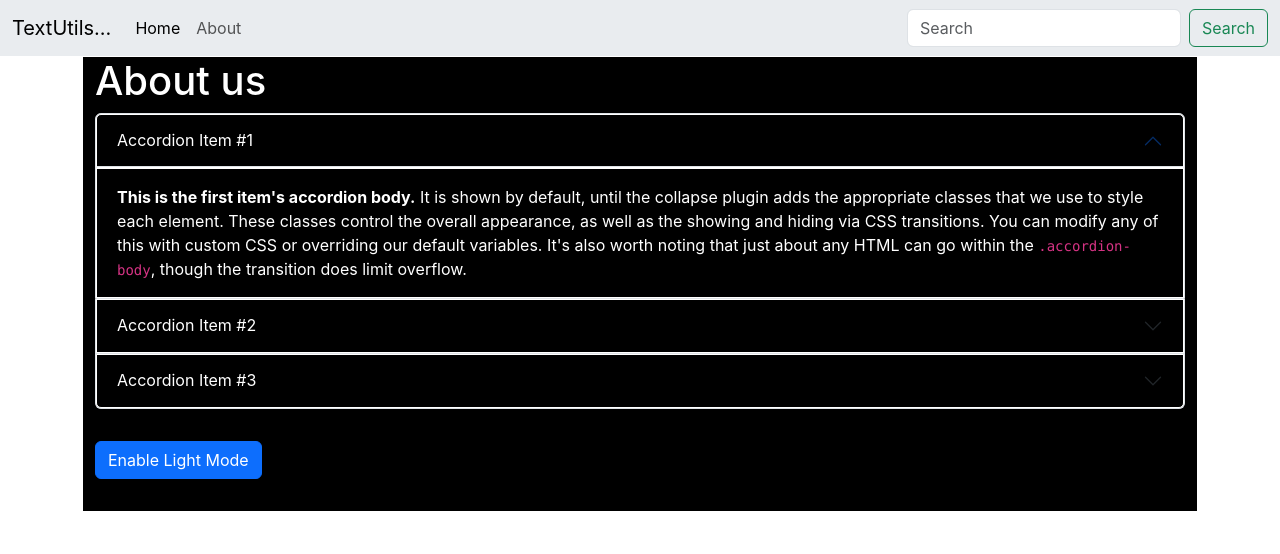
Repository: SujanNagaju/react-demo
Page: /
An editor plug-in stored every save of this project. The page is shown before and after a run of saves, followed by the edit.
The browser window is 1280 px wide. The pictures show the whole page.
The project was rebuilt for these pictures with package versions that can differ from the ones it lists, and the page was loaded fresh each time. Also part of the build but not shown: src/App.css.

Above is the page before, as saved 2024-12-29 15:32:18.

### public/index.html
<!DOCTYPE html>
<html lang="en">
  <head>
    <meta charset="utf-8" />
    <link rel="icon" href="%PUBLIC_URL%/favicon.ico" />
    <meta name="viewport" content="width=device-width, initial-scale=1" />
    <meta name="theme-color" content="#000000" />
    <meta
      name="description"
      content="Web site created using create-react-app"
    />
    <link rel="apple-touch-icon" href="%PUBLIC_URL%/logo192.png" />
    <!--
      manifest.json provides metadata used when your web app is installed on a
      user's mobile device or desktop. See https://developers.google.com/web/fundamentals/web-app-manifest/
    -->
    <link rel="manifest" href="%PUBLIC_URL%/manifest.json" />
    <!--
      Notice the use of %PUBLIC_URL% in the tags above.
      It will be replaced with the URL of the `public` folder during the build.
      Only files inside the `public` folder can be referenced from the HTML.

      Unlike "/favicon.ico" or "favicon.ico", "%PUBLIC_URL%/favicon.ico" will
      work correctly both with client-side routing and a non-root public URL.
      Learn how to configure a non-root public URL by running `npm run build`.
    -->
    <link href="https://cdn.jsdelivr.net/npm/bootstrap@5.3.3/dist/css/bootstrap.min.css" rel="stylesheet" integrity="sha384-QWTKZyjpPEjISv5WaRU9OFeRpok6YctnYmDr5pNlyT2bRjXh0JMhjY6hW+ALEwIH" crossorigin="anonymous">
    <title>React App</title>
  </head>
  <body>
    <noscript>You need to enable JavaScript to run this app.</noscript>
    <div id="root"></div>
    <!--
      This HTML file is a template.
      If you open it directly in the browser, you will see an empty page.

      You can add webfonts, meta tags, or analytics to this file.
      The build step will place the bundled scripts into the <body> tag.

      To begin the development, run `npm start` or `yarn start`.
      To create a production bundle, use `npm run build` or `yarn build`.
    -->
    <script src="https://cdn.jsdelivr.net/npm/bootstrap@5.3.3/dist/js/bootstrap.bundle.min.js" integrity="sha384-YvpcrYf0tY3lHB60NNkmXc5s9fDVZLESaAA55NDzOxhy9GkcIdslK1eN7N6jIeHz" crossorigin="anonymous"></script>

  </body>
</html>

### src/App.js
// logo from './logo.svg';
import './App.css';
import About from './components/About';
import Navbar from './components/Navbar';
import TextForm from './components/TextForm';
function App() {
  return (
    <>

      {/* <Navbar title="TextUtils..." aboutText="About"/> */}
      <Navbar title="TextUtils..."/>
      <div className="container">
        {/* <TextForm heading="Enter your text to analyze"/> */}
        <About title="About us"/>
      </div>
    </>
  );
}

export default App;

### src/components/About.js
import React, {useState} from 'react'

export default function About(props) {

    const [myStyle, setMyStyle] = useState({
        color: 'white',
        backgroundColor: 'black',
        border: '1px solid white',
    });

    const [btnText, setBtnTxt] = useState("Enable Light Mode");

    const toggleStyle = () =>{
        if(myStyle.color === 'white') {
            setMyStyle({
                color: 'black',
                backgroundColor: 'white'
            })
            setBtnTxt("Enable Dark Mode");
        } else {
            setMyStyle({
                color: 'white',
                backgroundColor: 'black',
                border: '1px solid white',
            })
            setBtnTxt("Enable Light Mode");
        }
    }

    return (
        <div className="container" style={myStyle}>
            <h1>{props.title}</h1>
            <div className="accordion" id="accordionExample">
                <div className="accordion-item">
                    <h2 className="accordion-header">
                    <button className="accordion-button" style={myStyle} type="button" data-bs-toggle="collapse" data-bs-target="#collapseOne" aria-expanded="true" aria-controls="collapseOne">
                        Accordion Item #1
                    </button>
                    </h2>
                    <div id="collapseOne" className="accordion-collapse collapse show" data-bs-parent="#accordionExample">
                    <div className="accordion-body" style={myStyle}>
                        <strong>This is the first item's accordion body.</strong> It is shown by default, until the collapse plugin adds the appropriate classes that we use to style each element. These classes control the overall appearance, as well as the showing and hiding via CSS transitions. You can modify any of this with custom CSS or overriding our default variables. It's also worth noting that just about any HTML can go within the <code>.accordion-body</code>, though the transition does limit overflow.
                    </div>
                    </div>
                </div>
                <div className="accordion-item">
                    <h2 className="accordion-header">
                    <button className="accordion-button collapsed" style={myStyle} type="button" data-bs-toggle="collapse" data-bs-target="#collapseTwo" aria-expanded="false" aria-controls="collapseTwo">
                        Accordion Item #2
                    </button>
                    </h2>
                    <div id="collapseTwo" className="accordion-collapse collapse" data-bs-parent="#accordionExample">
                    <div className="accordion-body" style={myStyle}>
                        <strong>This is the second item's accordion body.</strong> It is hidden by default, until the collapse plugin adds the appropriate classes that we use to style each element. These classes control the overall appearance, as well as the showing and hiding via CSS transitions. You can modify any of this with custom CSS or overriding our default variables. It's also worth noting that just about any HTML can go within the <code>.accordion-body</code>, though the transition does limit overflow.
                    </div>
                    </div>
                </div>
                <div className="accordion-item">
                    <h2 className="accordion-header">
                    <button className="accordion-button collapsed" style={myStyle} type="button" data-bs-toggle="collapse" data-bs-target="#collapseThree" aria-expanded="false" aria-controls="collapseThree">
                        Accordion Item #3
                    </button>
                    </h2>
                    <div id="collapseThree" className="accordion-collapse collapse" data-bs-parent="#accordionExample">
                    <div className="accordion-body" style={myStyle}>
                        <strong>This is the third item's accordion body.</strong> It is hidden by default, until the collapse plugin adds the appropriate classes that we use to style each element. These classes control the overall appearance, as well as the showing and hiding via CSS transitions. You can modify any of this with custom CSS or overriding our default variables. It's also worth noting that just about any HTML can go within the <code>.accordion-body</code>, though the transition does limit overflow.
                    </div>
                    </div>
                </div>
            </div>

            <div className="changeMode my-3">
                <button onClick={toggleStyle} type="button" className="btn btn-primary my-3" >{btnText}</button>
            </div>
        </div>
    )
}

### src/components/Navbar.js
import React from 'react'
import PropTypes from 'prop-types';


export default function Navbar({title="TextUtils", aboutText="About"}) {
  return (
    <nav className="navbar navbar-expand-lg bg-body-secondary">
        <div className="container-fluid">
            <a className="navbar-brand" href="/">{title}</a>
            <button className="navbar-toggler" type="button" data-bs-toggle="collapse" data-bs-target="#navbarSupportedContent" aria-controls="navbarSupportedContent" aria-expanded="false" aria-label="Toggle navigation">
            <span className="navbar-toggler-icon"></span>
            </button>
            <div className="collapse navbar-collapse" id="navbarSupportedContent">
            <ul className="navbar-nav me-auto mb-2 mb-lg-0">
                <li className="nav-item">
                <a className="nav-link active" aria-current="page" href="/">Home</a>
                </li>
                <li className="nav-item">
                <a className="nav-link" href="/">{aboutText}</a>
                </li>

            </ul>
            <form className="d-flex" role="search">
                <input className="form-control me-2" type="search" placeholder="Search" aria-label="Search"/>
                <button className="btn btn-outline-success" type="submit">Search</button>
            </form>
            </div>
        </div>
    </nav>
  )
}


Navbar.propTypes = {
    title: PropTypes.string.isRequired,
    aboutText: PropTypes.string.isRequired
}

### src/components/TextForm.js
import React, {useState} from 'react';

export default function TextForm(props) {
  const handleUpClick = ()=> {
    // console.log( "Uppercase was clicked" );
    let newText = text.toUpperCase();
    setText( newText );
  }

  const handleLowerClick = ()=> {
    // console.log( "Uppercase was clicked" );
    let newText = text.toLowerCase();
    setText( newText );
  }

  const handleUpdateWordsClick = () => {
    // console.log("Uppercase was clicked");
    let newText = text.replace(/chamatkar/gi, "balatkar");
    setText(newText);
  };

  const handleClearClick = () => {
    // console.log("Uppercase was clicked");
    let newText = "";
    setText(newText);
  };

  const handleOnChange = (event)=> {
    // console.log( "handle text change" );
    setText(event.target.value);
  }

  const handleTextToSpeechClick =() =>{
    const Speech = new SpeechSynthesisUtterance();
    const message= document.getElementById("textBox").value;
    Speech.lang='eng';
    Speech.text= message;
    window.speechSynthesis.speak(Speech);
  }

  const handleBlinkPreviewClick =() =>{
    const element= document.getElementById("blinkPreview");
    let blinkCount = 0; // Counter for the number of blinks
    const maxBlinks = 5; // Total number of blinks (on + off = 1 blink)

    const interval = setInterval(() => {
      // Toggle visibility
      element.style.display = element.style.display === 'none' ? 'block' : 'none';
      element.style.color = 'red';

      // Increment blink count only when the element is hidden
      if (element.style.display === 'none') {
        blinkCount++;
      }

      // Stop blinking after the desired number of blinks
      if (blinkCount === maxBlinks) {
        clearInterval(interval);
        element.style.display = 'block'; // Ensure the element remains visible
        element.style.color = 'black';
      }
    }, 200); // Blink interval (500ms = half a second)
  }

  const [text, setText] = useState("");
  return (
    <>
      <div className="container">
        <h2>{props.heading}</h2>
          <div className="mb-3">
              <textarea className="form-control" id="textBox" onChange={handleOnChange} value={text} rows="8"></textarea>
          </div>
          <button className="btn btn-primary mx-2" onClick={handleUpClick}>Convert to upper case</button>
          <button className="btn btn-primary mx-2" onClick={handleLowerClick}>Convert to Lower case</button>
          <button className="btn btn-primary mx-2" onClick={handleUpdateWordsClick}>Update Words</button>
          <button className="btn btn-primary mx-2" onClick={handleTextToSpeechClick}>Text to Speech</button>
          <button className="btn btn-primary mx-2" onClick={handleBlinkPreviewClick}>Blink Preview</button>
          <button className="btn btn-primary mx-2" onClick={handleClearClick}>Clear</button>
      </div>

      <div className="container">
        <h2>Your text summary</h2>
        <p>{text.split(" ").length} words, {text.length} characters</p>
        <p>{(0.008 * text.split(" ").length).toFixed(2)} minutes read</p>
        <h3>Preview</h3>
        <p id="blinkPreview">{text}</p>
      </div>
    </>
  )
}

Loaded but not shown: src/index.js (common file); src/index.css (common file); src/reportWebVitals.js (common file)

After the next 3 saves:
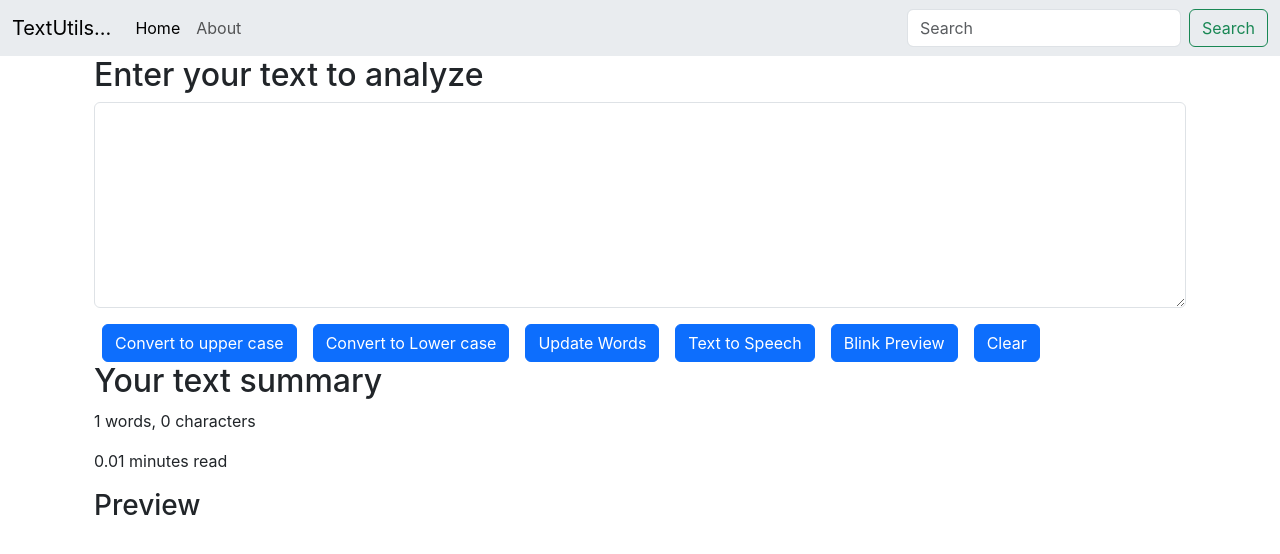
The 3 saves are shown as one change because they came seconds apart.
The last was saved 88 s later.
--- a/src/App.js
+++ b/src/App.js
@@ -1,6 +1,6 @@
 // logo from './logo.svg';
 import './App.css';
-import About from './components/About';
+// import About from './components/About';
 import Navbar from './components/Navbar';
 import TextForm from './components/TextForm';
 function App() {
@@ -10,8 +10,8 @@ function App() {
       {/* <Navbar title="TextUtils..." aboutText="About"/> */}
       <Navbar title="TextUtils..."/>
       <div className="container">
-        {/* <TextForm heading="Enter your text to analyze"/> */}
-        <About title="About us"/>
+        <TextForm heading="Enter your text to analyze"/>
+        {/* <About title="About us"/> */}
       </div>
     </>
   );
